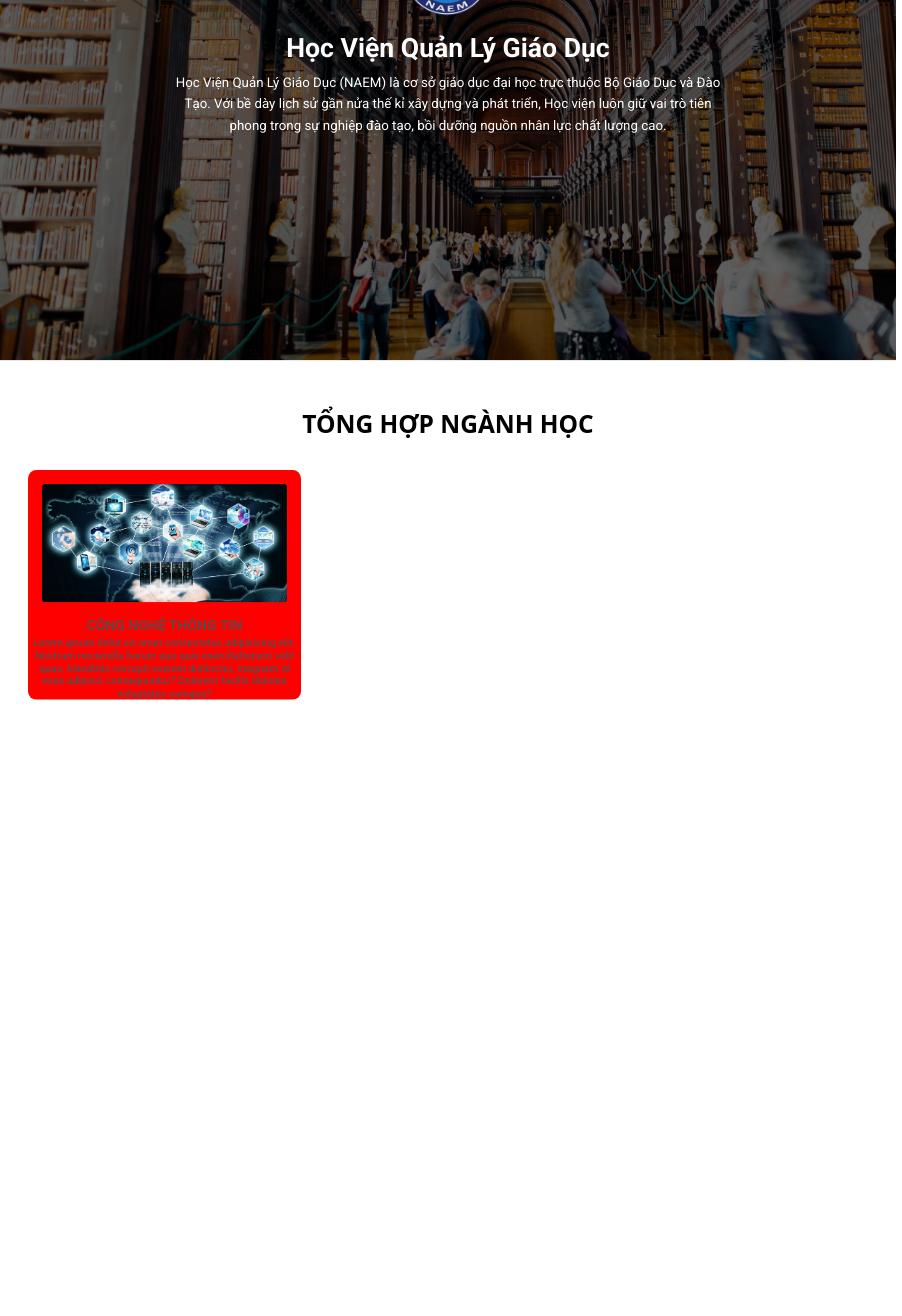
Repository: hongphuck1/trangweb1
Page: index.html
These files come from the project's save history. The page is drawn as it stood at one moment and after the next save; the edit follows.
The browser window is 1280 px wide. The page is 1288 px wide, so the pictures cover 1288 px, including what lies to the right of the window. The pictures show the part of the page from y = 1408 to 3288 px (the page is 4941 px tall), at 70% of full size.

Above is the page before, as saved 2021-09-07 01:58:05.

### index.html
<!DOCTYPE html>
<html lang="en">

<head>
  <meta charset="UTF-8" />
  <meta name="viewport" content="width=device-width, initial-scale=1, shrink-to-fit=no" />
  <meta http-equiv="x-ua-compatible" content="ie=edge" />
  <title>Material Design for Bootstrap</title>
  <!-- MDB icon -->
  <link rel="icon" href="img/SSS1.png" type="image/x-icon" />
  <!-- Font Awesome -->
  <link rel="stylesheet" href="https://use.fontawesome.com/releases/v5.15.2/css/all.css" />
  <!-- Google Fonts Roboto -->
  <link rel="stylesheet" href="https://fonts.googleapis.com/css2?family=Roboto:wght@300;400;500;700;900&display=swap" />
  <!-- MDB -->
  <link rel="stylesheet" href="css/style.css" />
  <link rel="stylesheet" href="css/base.css" />
  <link rel="stylesheet" href="css/grid.css" />
  <link rel="stylesheet" href="css/mdb.min.css" />
</head>

<body>
  <!-- Start your project here-->
  <div class="main">
    <!--Main Navigation-->
    <header>


      <!-- Navbar -->
      <nav class="navbar--opacity navbar navbar-expand-lg navbar-light fixed-top mask-custom shadow-0">
        <div class="container">

          <a class="navbar-brand nav-link" target="_blank" href="https://mdbootstrap.com/docs/standard/">
            <strong style="font-size: 2.2rem;">MRC</strong>
          </a>
          <button class="navbar-toggler navbar-toggler--opacity" type="button" data-mdb-toggle="collapse"
            data-mdb-target="#navbarSupportedContent" aria-controls="navbarSupportedContent" aria-expanded="false"
            aria-label="Toggle navigation">
            <i style="color: #ccc" class="fas fa-bars"></i>
          </button>
          <div class="collapse navbar-collapse" id="navbarSupportedContent">
            <ul class="navbar-nav me-auto mb-2 mb-lg-0">
              <li class="nav-item active">
                <a class="nav-link" aria-current="page" href="#intro">Giới thiệu</a>
              </li>
              <li class="nav-item">
                <a class="nav-link" href="https://www.facebook.com/MRC.NAEM" rel="nofollow" target="_blank">Hỏi đáp</a>
              </li>
              <li class="nav-item">
                <a class="nav-link" href="https://www.facebook.com/MRC.NAEM" target="_blank">Bài viết</a>
              </li>
              <li class="nav-item">
                <a class="nav-link" href="https://www.facebook.com/messages/t/101815085369835" target="_blank">Liên
                  hệ</a>
              </li>
            </ul>
            <ul class="navbar-nav list-inline">
              <!-- Icons -->
              <li class="">
                <a class="nav-link" href="https://www.youtube.com/channel/UCjl0s7v8m8V4IzuAS1fH-iA" rel="nofollow"
                  target="_blank">
                  <i class="fab fa-youtube"></i>
                </a>
              </li>
              <li class="">
                <a class="nav-link" href="https://www.facebook.com/MRC.NAEM" rel="nofollow" target="_blank">
                  <i class="fab fa-facebook-f"></i>
                </a>
              </li>
              <li class="nav-item">
                <a class="nav-link" href="https://www.tiktok.com/@mrcnaem" rel="nofollow" target="_blank">
                  <i class="fab fa-tiktok"></i>
                </a>
              </li>
              <li class="nav-item">
                <a class="nav-link" href="tel: 0349167687" rel="nofollow" target="_blank">
                  <i class="fas fa-envelope"></i>
                </a>
              </li>
            </ul>
          </div>
        </div>
      </nav>

      <!-- Carousel wrapper -->
      <div id="introCarousel" class="carousel slide carousel-fade shadow-2-strong" data-mdb-ride="carousel">
        <!-- Indicators -->
        <ol class="carousel-indicators">
          <li data-mdb-target="#introCarousel" data-mdb-slide-to="0" class="active"></li>
          <li data-mdb-target="#introCarousel" data-mdb-slide-to="1"></li>
          <li data-mdb-target="#introCarousel" data-mdb-slide-to="2"></li>
        </ol>

        <!-- Inner -->
        <div class="carousel-inner">
          <!-- Single item -->
          <div class="carousel-item active">
            <div class="mask" style="background-color: rgba(0, 0, 0, 0.6);">
              <div class="d-flex justify-content-center align-items-center h-100">
                <div class="text-white text-center">
                  <h1 style="font-size: 2.4rem;" class="mb-3">CLB TUYỂN SINH VÀ TRUYỀN THÔNG - MRC NAEM</h1>
                  <h5 style="font-size: 1.2rem;" class="mb-4">Hỗ trợ tư vấn - hướng nghiệp, trả lời những thắc mắc cho
                    học sinh và phụ huynh.</h5>

                  <a style="font-size: 1.8rem; " class="btn-DANGKI btn btn-outline-light btn-lg m-2"
                    href="https://www.facebook.com/MRC.NAEM" target="_blank" role="button">Đăng kí ngay</a>
                </div>
              </div>
            </div>
          </div>

          <!-- Single item -->
          <div class="carousel-item">
            <div class="mask" style="background-color: rgba(0, 0, 0, 0.3);">
              <div class="d-flex justify-content-center align-items-center h-100">
                <div class="text-white text-center">
                  <h1 style="font-size: 2.4rem;" class="mb-3">CLB TUYỂN SINH VÀ TRUYỀN THÔNG - MRC NAEM</h1>
                  <h5 style="font-size: 1.2rem;" class="mb-4">Hỗ trợ tư vấn - hướng nghiệp, trả lời những thắc mắc cho
                    học sinh và phụ huynh.</h5>

                  <a style="font-size: 1.8rem; " class="btn-DANGKI btn btn-outline-light btn-lg m-2"
                    href="https://www.facebook.com/MRC.NAEM" target="_blank" role="button">Đăng kí ngay</a>
                </div>
              </div>
            </div>
          </div>

          <!-- Single item -->
          <div class="carousel-item">
            <div class="mask" style="
                background: linear-gradient(
                  45deg,
                  rgba(29, 236, 197, 0.7),
                  rgba(91, 14, 214, 0.7) 100%
                );
              ">
              <div class="d-flex justify-content-center align-items-center h-100">
                <div class="text-white text-center">
                  <h1 style="font-size: 2.4rem;" class="mb-3">CLB TUYỂN SINH VÀ TRUYỀN THÔNG - MRC NAEM</h1>
                  <h5 style="font-size: 1.2rem;" class="mb-4">Hỗ trợ tư vấn - hướng nghiệp, trả lời những thắc mắc cho
                    học sinh và phụ huynh.</h5>

                  <a style="font-size: 1.8rem; " class="btn-DANGKI btn btn-outline-light btn-lg m-2"
                    href="https://www.facebook.com/MRC.NAEM" target="_blank" role="button">Đăng kí ngay</a>
                </div>
              </div>
            </div>
          </div>
        </div>
        <!-- Inner -->

        <!-- Controls -->
        <a class="carousel-control-prev" href="#introCarousel" role="button" data-mdb-slide="prev">
          <span class="carousel-control-prev-icon" aria-hidden="true"></span>
          <span class="sr-only">Previous</span>
        </a>
        <a class="carousel-control-next" href="#introCarousel" role="button" data-mdb-slide="next">
          <span class="carousel-control-next-icon" aria-hidden="true"></span>
          <span class="sr-only">Next</span>
        </a>
      </div>
      <!-- Carousel wrapper -->
    </header>


    <section>
      <div class="container-body">
        <div class="container-body-name">
          <h1>Thông Tin Tuyển Sinh</h1>
        </div>

        <div class="row">
          <div class="col l-6">
            <div class="container-body-content">
              <h2 class="container-body-content__name">Các Phương Án Xét Tuyển</h2>
              <div class="container-body-content-attention">
                <i class="fas fa-check-double"></i>
                <h4>Dựa vào học bạ (Điểm HK1 & HK2 lớp 11 và điểm HK1 lớp 12)</h4>
              </div>
              <div class="container-body-content-attention">
                <i class="fas fa-check-double"></i>
                <h4>Sử dụng kết quả thi THPT 2021</h4>
              </div>
              <div class="container-body-content-attention">
                <i class="fas fa-check-double"></i>

                <h4>Tuyển thẳng</h4>
              </div>
              <div class="container-body-content-attention">
                <i class="far fa-bell"></i>
                <h4>Cơ hội trúng tuyển cao khi có tới 70% chỉ tiêu qua xét tuyển học bạ</h4>
              </div>
              <div class="container-body-content-attention">
                <i class="far fa-plus-square"></i>
                <h4>Đặc biệt sinh viên được phép học thêm một ngành khác tại Học viện (Luật, Ngôn ngữ Anh, Tâm lý giáo
                  dục, Quản trị văn phòng, Giáo dục học, Quản lý giáo dục và Kinh tế giáo dục)</h4>
              </div>
            </div>
          </div>
          <div class="col l-6">
            <div class="container-body-img">
              <img src="img/klipartz.com_-1024x586.png" alt="">
            </div>
          </div>
        </div>


      </div>

      <div class="container-body-review">
        <div class="grid wide">
          <div class="row">
            <div class="col l-12">
              <img src="img/1-1.png" alt="">
              <div class="container-body-review__name">
                Học Viện Quản Lý Giáo Dục
              </div>
              <div class="container-body-review__title">
                Học Viện Quản Lý Giáo Dục (NAEM) là cơ sở giáo dục đại học trực thuộc Bộ Giáo Dục và Đào Tạo. Với bề dày
                lịch sử gần nửa thế kỉ xây dựng và phát triển, Học viện luôn giữ vai trò tiên phong trong sự nghiệp đào
                tạo, bồi dưỡng nguồn nhân lực chất lượng cao.
              </div>
            </div>
          </div>
        </div>
      </div>

      <div class="container-body-subjects">
        <h1>TỔNG HỢP NGÀNH HỌC</h1>

        <div class="grid wide">
          <div class="row">
            <div class="col l-4">
              <div class="container-body-subject">
                <img src="img/congnghethongtin.png" alt="">
                <h2>CÔNG NGHỆ THÔNG TIN</h2>
                <h4>Lorem ipsum dolor sit amet consectetur, adipisicing elit. Nostrum reiciendis harum quo quis
                  exercitationem velit quas, blanditiis corrupti eveniet distinctio, magnam id esse adipisci
                  consequuntur? Dolorem facilis dolores voluptates cumque?</h4>
              </div>
            </div>
            <div class="col l-4"></div>
            <div class="col l-4"></div>
          </div>
        </div>

    </section>

  </div>
  <!--Main Navigation-->
  <!-- End your project here-->

  <!-- MDB -->
  <script type="text/javascript" src="js/mdb.min.js"></script>
  <!-- Custom scripts -->
  <script type="text/javascript"></script>
</body>

</html>

### css/style.css

.main {

    height: 1000px;
}

/* Carousel styling */
#introCarousel,
.carousel-inner,
.carousel-item,
.carousel-item.active {
  height: 100vh;
}

.carousel-item:nth-child(1) {
  background-image: url('https://mdbootstrap.com/img/Photos/Others/images/76.jpg');
  background-repeat: no-repeat;
  background-size: cover;
  background-position: center center;
}

.carousel-item:nth-child(2) {
  background-image: url('https://mdbootstrap.com/img/Photos/Others/images/77.jpg');
  background-repeat: no-repeat;
  background-size: cover;
  background-position: center center;
}

.carousel-item:nth-child(3) {
  background-image: url('https://mdbootstrap.com/img/Photos/Others/images/78.jpg');
  background-repeat: no-repeat;
  background-size: cover;
  background-position: center center;
}

/* Height for devices larger than 576px */
@media (min-width: 992px) {
  #introCarousel {
    margin-top: -58.59px;
  }
}

.navbar .nav-link {
  color: #fff !important;
}



/* trèn đè css boottraps */

.nav-link {
  /* padding: 1.2rem 1rem !important; */
  font-size: 1.6rem;
  padding-right: 20px !important;
}

.nav-link:hover {
  /* padding: 1.2rem 1rem !important; */
  color: yellow !important;
  transition: color 0.5s ;
}


.btn-DANGKI:hover {
  color: yellow !important;
  border: 1px solid yellow !important;
  transition: 0.5s ;
}

.navbar-dark .navbar-toggler, .navbar-light .navbar-toggler {
  display: block;
}

.navbar--opacity {
  background-color: rgba(1,1,1,0.2);
}


@media only screen and (max-width: 600px) {
 .text-center h1 {
    font-size: 2.7rem !important;
    padding: 20px 0;
  }
  .carousel-control-next, .carousel-control-prev{
    display: none !important;
  }
  .text-center h5{
    padding: 0 20px;
    line-height: 1.9rem !important;
    font-size: 1.4rem !important;
  }
}


@import url('https://fonts.googleapis.com/css2?family=Poppins:wght@300;400;600;700&display=swap');
  :root {
    --primary: #08aeea;
    --secondary: #13D2B8;
    --purple: #bd93f9;
    --pink: #ff6bcb;
    --blue: #8be9fd;
    --gray: #333;
    --font: "Poppins", sans-serif;
    --gradient: linear-gradient(40deg, #ff6ec4, #7873f5);
    --shadow: 0 0 15px 0 rgba(0,0,0,0.05);
  }
  *,
  *:before,
  *:after {
    box-sizing: border-box;
  }
  html {
    font-size: 62.5%;
  }

  body {
    font-family: var(--font);
    font-size: 1.4rem;
    overflow-x: hidden;
    font-weight: 300;
  }

  img {
    display: block;
    max-width: 100%;
  }

  a {
    text-decoration: none;
  }

  input,
  button,
  textarea,
  select {
    font-family: var(--font);
    font-size: 1.4rem;
    font-weight: 300;
    outline: none;
    border: 0;
    margin: 0;
    padding: 0;
    border-radius: 0;
    -webkit-appearance: none;
  }

  button {
    cursor: pointer;
  }

          .simple-card {
            background-color: white;
            border-radius: 2rem;
            padding: 1.5rem;
            box-shadow: var(--shadow);
          }
          .simple-card-image {
            position: relative;
            height: 0;
            padding-bottom: 56.25%;
          }
          .simple-card-image > img {
            position: absolute;
            top: 0;
            left: 0;
            width: 100%;
            height: 100%;
            object-fit: cover;
            border-radius: 1rem;
          }
          .simple-card-content {
            padding: 3rem 1rem;
          }
          .simple-card-title {
            font-weight: 500;
            font-size: 2rem;
            line-height: 1.6;
            margin-bottom: 1.5rem;
            color: #2b2b2b;
          }
          .simple-card-desc {
            color: #c7cbdc;
            font-weight: 300;
            line-height: 1.6;
            font-size: 1.4rem;
            margin-bottom: 3rem;
          }
          .simple-card-line {
            width: 30%;
            height: 2px;
            margin-left: auto;
            background-color: var(--primary);
          }

          .container-body{
            padding-top: 40px;
            padding-bottom: 70px;
          }
          .container-body-name{
            text-align: center;
            padding: 40px 0 ;
          }
          .container-body-name h1{
            color: #000000;
            font-family: "Open Sans", Sans-serif;
            font-size: 35px;
            font-weight: 700;
            text-transform: capitalize;
          }

          .container-body-content{
           padding-left: 100px;
          }
          .container-body-content__name{
           font-size: 2.8rem;
           color: #000000;
           padding-bottom: 10px;
          }
          .container-body-content-attention{
          display: flex;
          align-items: center;
          padding: 4px 0;
          }
          .container-body-content-attention i{
            transform: translateY(-15%);
            padding-right: 10px;
            font-size: 1.8rem;
            color: var(--primary);
          }
          .container-body-content-attention h4{
            font-size: 1.8rem;
          }

          .container-body-img{
          padding: 0 50px ;
          }

.container-body-review {
  background-image: url(../img/Thiết\ kế\ không\ tên.png);
  background-repeat: no-repeat;
  background-size: cover;
  height: 100vh;
}

.container-body-review img {
  width: 150px;
  margin: auto;
  padding-top: 90px;
}


.container-body-review__name, .container-body-review__title {
  text-align: center;
  color: white;
padding-top: 20px;
}

.container-body-review__name {
  font-size: 3.8rem;
  padding: 4px 0;
  font-weight: 600;
}

.container-body-review__title {
  font-size: 1.9rem;
  padding: 0 200px;
}



/* TỔNG HỢP NGÀNH HỌC */

.container-body-subjects{
  padding: 70px 0;
}

.container-body-subjects h1 {
  text-align: center;
  padding-bottom: 40px;
  color: rgb(0, 0, 0);
    font-family: "Open Sans", sans-serif;
    font-size: 35px;
    font-weight: 700;
    text-transform: capitalize;
}

.container-body-subject {
  background-color: red;
  text-align: center;
  border-radius: 12px;
}

.container-body-subject img {
  width: 100%;
  padding: 20px;
  border-radius: 25px;

}

### css/base.css
:root {
    --white-color: #fff;
    --black-color: #000;
    --text-color: rgb(110, 109, 109);
    --primary-color: #6EC1E4;
    --primary-color-sub: #fd3f00;
    --border-color: #dbdbdb;

    --header: 109px;
    --header-top: 36px;
    --navbar-height: 27px;
    --header-with-search-height: calc(var(--header-height) - var(--navbar-height));
    --header-sort-bar-height: 46px;
}


* {
    margin: 0;
    padding: 0;
    box-sizing: border-box;

}
.no-copy__text {
    user-select: none;
}
html {
    font-size: 62.5%;
    line-height: 1.6rem;
    font-family: 'Roboto', sans-serif;

    /* user-select: none;   không cho copy text */
}

body {
    height: 5000px;
}
@media only screen and  (max-width: 1000px) and (min-width: 700px) {
    html {
    }
}

Loaded but not shown: css/mdb.min.css (library); js/mdb.min.js (library); css/grid.css (590 lines, source omitted)

After the next save:
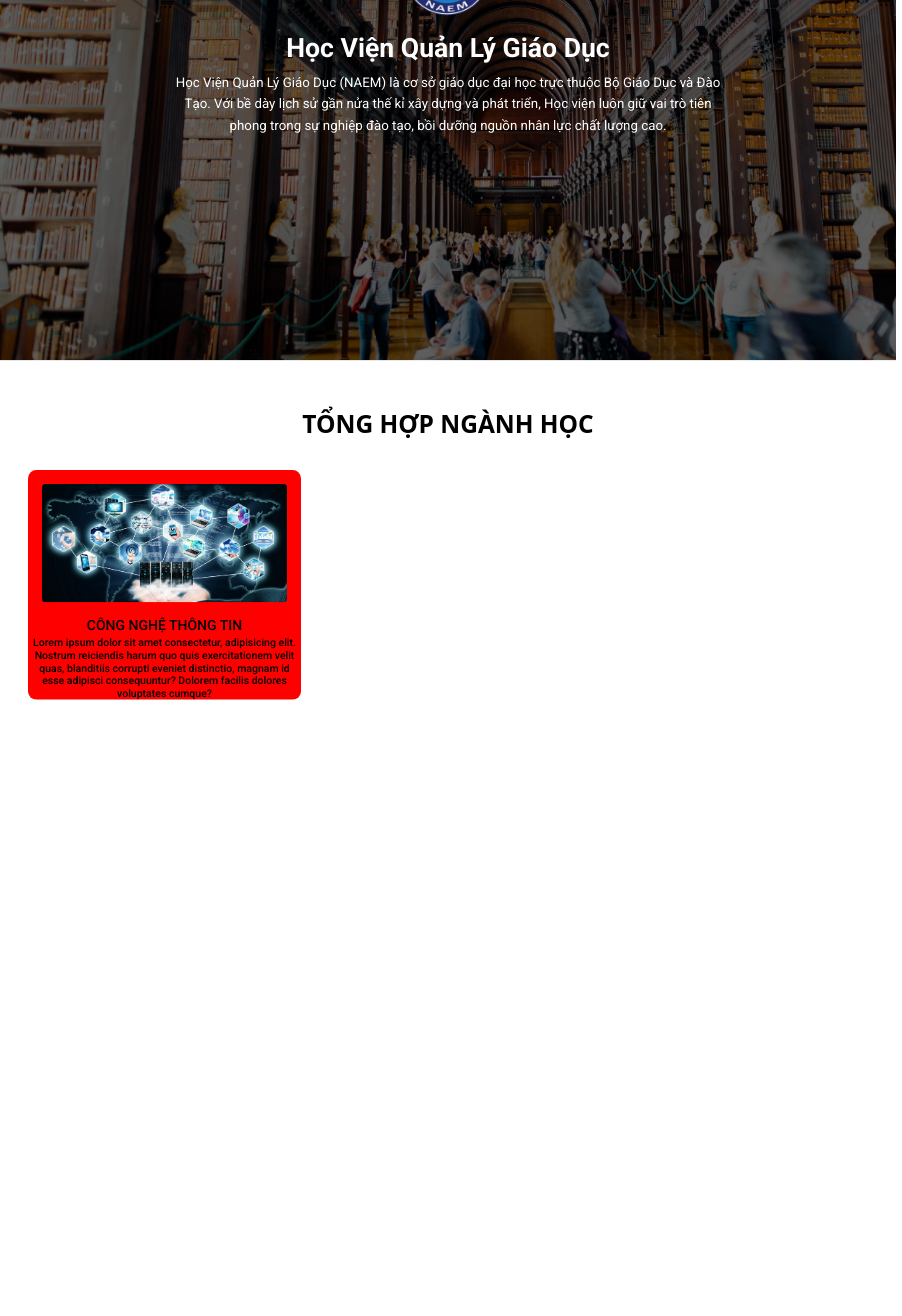
Saved 9 s later.
--- a/css/style.css
+++ b/css/style.css
@@ -288,6 +288,7 @@
   background-color: red;
   text-align: center;
   border-radius: 12px;
+  color: #000000;
 }
 
 .container-body-subject img {
